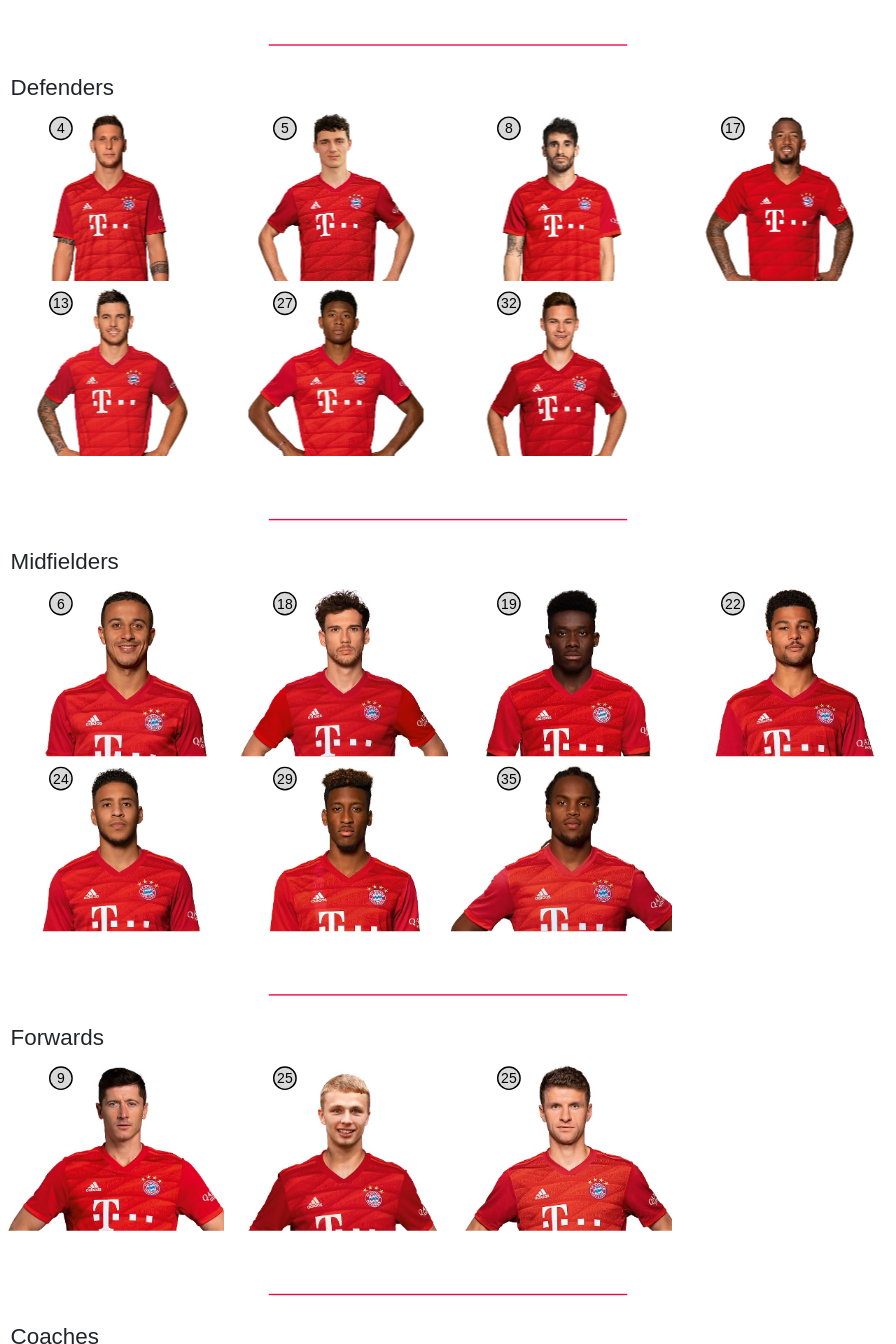
Repository: Code-Institute-Submissions/alnibo-milestone-project-1
Page: team.html
The author's editor kept a record of every edit. The page is drawn from the files as they stood at one moment, then again after the next edit.
The browser window is 1280 px wide. The pictures show the part of the page from y = 1226 to 3146 px (the page is 3603 px tall), at 70% of full size.
Some web fonts or font styles are not loaded; a fallback is used.

Above is the page before.

### team.html
<!DOCTYPE html>
<html lang="en">

<head>
    <meta charset="UTF-8">
    <meta name="viewport" content="width=device-width, initial-scale=1.0">
    <link rel="stylesheet" href="https://stackpath.bootstrapcdn.com/bootstrap/4.3.1/css/bootstrap.min.css" type="text/css" />
    <link rel="stylesheet" href="https://stackpath.bootstrapcdn.com/font-awesome/4.7.0/css/font-awesome.min.css" type="text/css" />
    <link rel="stylesheet" href="assets/css/style.css">
    <title>FC Bayern</title>
</head>

<body>

<!---------------------------------------------------- Navbar -->
    <nav class="navbar navbar-expand-sm navbar-light fixed-top">
        <a class="navbar-brand" href="index.html">
            <img src="https://upload.wikimedia.org/wikipedia/commons/thumb/1/1f/Logo_FC_Bayern_München_%282002–2017%29.svg/1024px-Logo_FC_Bayern_München_%282002–2017%29.svg.png" width="30" height="30" class="d-inline-block align-center" alt="Bayern">FC Bayern
        </a>
        <button class="navbar-toggler" type="button" data-toggle="collapse" data-target="#navbarNavDropdown" aria-controls="navbarNavDropdown" aria-expanded="false" aria-label="Toggle navigation">
            <span class="navbar-toggler-icon"></span>
        </button>

        <div class="collapse navbar-collapse" id="navbarNavDropdown">
            <ul class="navbar-nav">
                <li class="nav-item active">
                    <a class="nav-link" href="index.html">Home <span class="sr-only">(current)</span></a>
                </li>
                <li class="nav-item">
                    <a class="nav-link" href="about.html">About</a>
                </li>
                <li class="nav-item dropdown">
                    <a class="nav-link dropdown-toggle" href="#" id="navbarDropdownMenuLink" data-toggle="dropdown" aria-haspopup="true" aria-expanded="false">Team
                    </a>
                    <div class="dropdown-menu" aria-labelledby="navbarDropdownMenuLink">
                        <a class="dropdown-item" href="team.html">All</a>
                        <a class="dropdown-item" href="team.html#goalkeepers">Goalkeepers</a>
                        <a class="dropdown-item" href="team.html#defenders">Defenders</a>
                        <a class="dropdown-item" href="team.html#midfielders">Midfielders</a>
                        <a class="dropdown-item" href="team.html#forwards">Forwards</a>
                        <a class="dropdown-item" href="team.html#coaches">Coaches</a>
                    </div>
                </li>
                <li class="nav-item">
                    <a class="nav-link" href="fixtures.html">Fixtures</a>
                </li>
                <li class="nav-item">
                    <a class="nav-link" href="table.html">Table</a>
                </li>
            </ul>
        </div>
    </nav>


<!---------------------------------------------------- Content -->

    <div class="container-fluid">
        <div class="row">
            <img class="top-pic-team" src="assets/images/team.jpg" alt="team picture">
        </div>
    </div>

    <div class="container-fluid">
        <div class="row selector-btn">
            <a class="btn btn-sm btn-outline-danger btn--team" href="#goalkeepers">Goalkeepers</a>
            <a class="btn btn-sm btn-outline-danger btn--team" href="#defenders">Defenders</a>
            <a class="btn btn-sm btn-outline-danger btn--team" href="#midfielders">Midfielders</a>
            <a class="btn btn-sm btn-outline-danger btn--team" href="#forwards">Forwards</a>
            <a class="btn btn-sm btn-outline-danger btn--team" href="#coaches">Coaches</a>
        </div>
    </div>

    <div id="goalkeepers" class="container-fluid field-position">
        <h2 class="field-position-header">Goalkeepers</h2>
        <div class="row">
            <div class="col-12 col-md-6 col-lg-4 col-xl-3 player-pic">
                <img src="assets/images/1manuelneuer.jpg" width="250" height="300" alt="Manuel Neuer">
                <div class="text-centered1">Manuel Neuer</div>
                <div class="text-centered2">27/03/1986</div>
                <div class="shirt-number">1</div>
            </div>

            <div class="col-12 col-md-6 col-lg-4 col-xl-3 player-pic">
                <img src="assets/images/26svenulreich.jpg" width="250" height="300" alt="Sven Ulreich">
                <div class="text-centered1">Sven Ulreich</div>
                <div class="text-centered2">03/08/1988</div>
                <div class="shirt-number">26</div>
            </div>

            <div class="col-12 col-md-6 col-lg-4 col-xl-3 player-pic">
                <img src="assets/images/36christianfruchtl.jpg" width="250" height="300" alt="Christian Früchtl">
                <div class="text-centered1">Christian Früchtl</div>
                <div class="text-centered2">28/01/2000</div>
                <div class="shirt-number">36</div>
            </div>

            <div class="col-12 col-md-6 col-lg-4 col-xl-3 player-pic">
                <img src="assets/images/39ronthorbenhoffmann.jpg" width="240" height="300" alt="Ron-Thorben Hoffmann">
                <div class="text-centered1">Ron-Thorben Hoffmann</div>
                <div class="text-centered2">04/04/1999</div>
                <div class="shirt-number">39</div>
            </div>
        </div>
    </div>

    <hr class="block-divider-team">

    <div id="defenders" class="container-fluid field-position">
        <h2 class="field-position-header">Defenders</h2>
        <div class="row">
            <div class="col-12 col-md-6 col-lg-4 col-xl-3 player-pic">
                <img src="assets/images/4niklassule.jpg" width="250" height="300" alt="Niklas Süle">
                <div class="text-centered1">Niklas Süle</div>
                <div class="text-centered2">03/09/1995</div>
                <div class="shirt-number">4</div>
            </div>

            <div class="col-12 col-md-6 col-lg-4 col-xl-3 player-pic">
                <img src="assets/images/5benjaminpavard.jpg" width="250" height="300" alt="Benjamin Pavard">
                <div class="text-centered1">Benjamin Pavard</div>
                <div class="text-centered2">28/3/1996</div>
                <div class="shirt-number">5</div>
            </div>

            <div class="col-12 col-md-6 col-lg-4 col-xl-3 player-pic">
                <img src="assets/images/8javimartinez.jpg" width="250" height="300" alt="Javi Martinez">
                <div class="text-centered1">Javi Martínez</div>
                <div class="text-centered2">02/09/1988</div>
                <div class="shirt-number">8</div>
            </div>

            <div class="col-12 col-md-6 col-lg-4 col-xl-3 player-pic">
                <img src="assets/images/17jeromeboateng.jpg" width="250" height="300" alt="Jérôme Boateng">
                <div class="text-centered1">Jérôme Boateng</div>
                <div class="text-centered2">03/09/1988</div>
                <div class="shirt-number">17</div>
            </div>

            <div class="col-12 col-md-6 col-lg-4 col-xl-3 player-pic">
                <img src="assets/images/21lucashernandez.jpg" width="250" height="300" alt="Lucas Hernández">
                <div class="text-centered1">Lucas Hernández</div>
                <div class="text-centered2">14/02/1996</div>
                <div class="shirt-number">13</div>
            </div>

            <div class="col-12 col-md-6 col-lg-4 col-xl-3 player-pic">
                <img src="assets/images/27davidalaba.jpg" width="250" height="300" alt="David Alaba">
                <div class="text-centered1">David Alaba</div>
                <div class="text-centered2">24/06/1992</div>
                <div class="shirt-number">27</div>
            </div>

            <div class="col-12 col-md-6 col-lg-4 col-xl-3 player-pic">
                <img src="assets/images/32joshuakimmich.jpg" width="250" height="300" alt="Joshua Kimmich">
                <div class="text-centered1">Joshua Kimmich</div>
                <div class="text-centered2">08/02/1995</div>
                <div class="shirt-number">32</div>
            </div>
        </div>
    </div>

    <hr class="block-divider-team">

    <div id="midfielders" class="container-fluid field-position">
        <h2 class="field-position-header">Midfielders</h2>
        <div class="row">
            <div class="col-12 col-md-6 col-lg-4 col-xl-3 player-pic">
                <img src="assets/images/6thiago.jpg" alt="Thiago">
                <div class="text-centered1">Thiago</div>
                <div class="text-centered2">11/04/1991</div>
                <div class="shirt-number">6</div>
            </div>

            <div class="col-12 col-md-6 col-lg-4 col-xl-3 player-pic">
                <img src="assets/images/18leongoretzka.jpg" alt="Leon Goretzka">
                <div class="text-centered1">Leon Goretzka</div>
                <div class="text-centered2">06/02/1995</div>
                <div class="shirt-number">18</div>
            </div>

            <div class="col-12 col-md-6 col-lg-4 col-xl-3 player-pic">
                <img src="assets/images/19alphonsodavies.jpg" alt="Alphonso Davies">
                <div class="text-centered1">Alphonso Davies</div>
                <div class="text-centered2">02/11/2000</div>
                <div class="shirt-number">19</div>
            </div>

            <div class="col-12 col-md-6 col-lg-4 col-xl-3 player-pic">
                <img src="assets/images/22sergegnabry.jpg" alt="Serge Gnabry">
                <div class="text-centered1">Serge Gnabry</div>
                <div class="text-centered2">14/07/1995</div>
                <div class="shirt-number">22</div>
            </div>

            <div class="col-12 col-md-6 col-lg-4 col-xl-3 player-pic">
                <img src="assets/images/24corentintolisso.jpg" alt="Corentin Tolisso">
                <div class="text-centered1">Corentin Tolisso</div>
                <div class="text-centered2">03/08/1994</div>
                <div class="shirt-number">24</div>
            </div>

            <div class="col-12 col-md-6 col-lg-4 col-xl-3 player-pic">
                <img src="assets/images/29kingsleycoman.jpg" alt="Kingsley Coman">
                <div class="text-centered1">Kingsley Coman</div>
                <div class="text-centered2">13/06/1996</div>
                <div class="shirt-number">29</div>
            </div>

            <div class="col-12 col-md-6 col-lg-4 col-xl-3 player-pic">
                <img src="assets/images/35renatosanches.jpg" alt="Renato Sanches">
                <div class="text-centered1">Renato Sanches</div>
                <div class="text-centered2">18/08/1997</div>
                <div class="shirt-number">35</div>
            </div>
        </div>
    </div>

    <hr class="block-divider-team">

    <div id="forwards" class="container-fluid field-position">
        <h2 class="field-position-header">Forwards</h2>
        <div class="row">
            <div class="col-12 col-md-6 col-lg-4 col-xl-3 player-pic">
                <img src="assets/images/9robertlewandowski.jpg" alt="Robert Lewandowski">
                <div class="text-centered1">Robert Lewandowski</div>
                <div class="text-centered2">21/08/1988</div>
                <div class="shirt-number">9</div>
            </div>

            <div class="col-12 col-md-6 col-lg-4 col-xl-3 player-pic">
                <img src="assets/images/15fietearp.jpg" alt="Fiete Arp">
                <div class="text-centered1">Fiete Arp</div>
                <div class="text-centered2">06/01/2000</div>
                <div class="shirt-number">25</div>
            </div>

            <div class="col-12 col-md-6 col-lg-4 col-xl-3 player-pic">
                <img src="assets/images/25thomasmuller.jpg" alt="Thomas Müller">
                <div class="text-centered1">Thomas Müller</div>
                <div class="text-centered2">13/09/1989</div>
                <div class="shirt-number">25</div>
            </div>
        </div>
    </div>

    <hr class="block-divider-team">

    <div id="coaches" class="container-fluid field-position">
        <h2 class="field-position-header">Coaches</h2>
        <div class="row">
            <div class="col-12 col-md-6 col-lg-4 col-xl-3 player-pic">
                <img src="assets/images/nikokovac.jpg" alt="Niko Kovac">
                <div class="text-centered1">Niko Kovac</div>
                <div class="text-centered2">Head coach</div>
                <div class="shirt-number">NK</div>
            </div>

            <div class="col-12 col-md-6 col-lg-4 col-xl-3 player-pic">
                <img src="assets/images/robertkovac.jpg" alt="Robert Kovac">
                <div class="text-centered1">Robert Kovac</div>
                <div class="text-centered2">Assistant coach</div>
                <div class="shirt-number">RK</div>
            </div>

            <div class="col-12 col-md-6 col-lg-4 col-xl-3 player-pic">
                <img src="assets/images/tonitapalovic.jpg" alt="Toni Tapalovic">
                <div class="text-centered1">Toni Tapalovic</div>
                <div class="text-centered2">Goalkeeping coach</div>
                <div class="shirt-number">TT</div>
            </div>

            <div class="col-12 col-md-6 col-lg-4 col-xl-3 player-pic">
                <img src="assets/images/holgerbroich.jpg" alt="Prof. Dr. Holger Broich">
                <div class="text-centered1">Prof. Dr. Holger Broich</div>
                <div class="text-centered2"></div>
                <div class="shirt-number">HB</div>
            </div>

        </div>
    </div>

    <div class="container-fluid spaceholder">

    </div>

<!---------------------------------------------------- Footer -->

    <footer class="container-fluid">
        <div class="footer-details row">
            <div class="col-sm-12">
                <h5 class="social">Follow FC Bayern!</h5>
                <ul class="list-inline social-links">
                    <li class="list-inline-item">
                        <a target="_blank" href="https://www.facebook.com/fcbayern.en/">
                            <i class="fa fa-facebook" aria-hidden="true"></i>
                            <span class="sr-only">Facebook</span>
                        </a>
                    </li>
                    <li class="list-inline-item">
                        <a target="_blank" href="https://www.instagram.com/fcbayern/?hl">
                            <i class="fa fa-instagram" aria-hidden="true"></i>
                            <span class="sr-only">Instagram</span>
                        </a>
                    </li>
                    <li class="list-inline-item">
                        <a target="_blank" href="https://www.youtube.com/user/fcbayern">
                            <i class="fa fa-youtube" aria-hidden="true"></i>
                            <span class="sr-only">YouTube</span>
                        </a>
                    </li>
                    <li class="list-inline-item">
                        <a target="_blank" href="https://twitter.com/FCBayern">
                            <i class="fa fa-twitter" aria-hidden="true"></i>
                            <span class="sr-only">Twitter</span>
                        </a>
                    </li>
                </ul>
            </div>
        </div>
    </footer>

    <script src="https://code.jquery.com/jquery-3.3.1.slim.min.js" integrity="sha384-q8i/X+965DzO0rT7abK41JStQIAqVgRVzpbzo5smXKp4YfRvH+8abtTE1Pi6jizo" crossorigin="anonymous"></script>
    <script src="https://stackpath.bootstrapcdn.com/bootstrap/4.1.3/js/bootstrap.min.js" integrity="sha384-ChfqqxuZUCnJSK3+MXmPNIyE6ZbWh2IMqE241rYiqJxyMiZ6OW/JmZQ5stwEULTy" crossorigin="anonymous"></script>
</body>

</html>

Loaded but not shown: assets/css/style.css (599 lines, source omitted)

After the next edit:
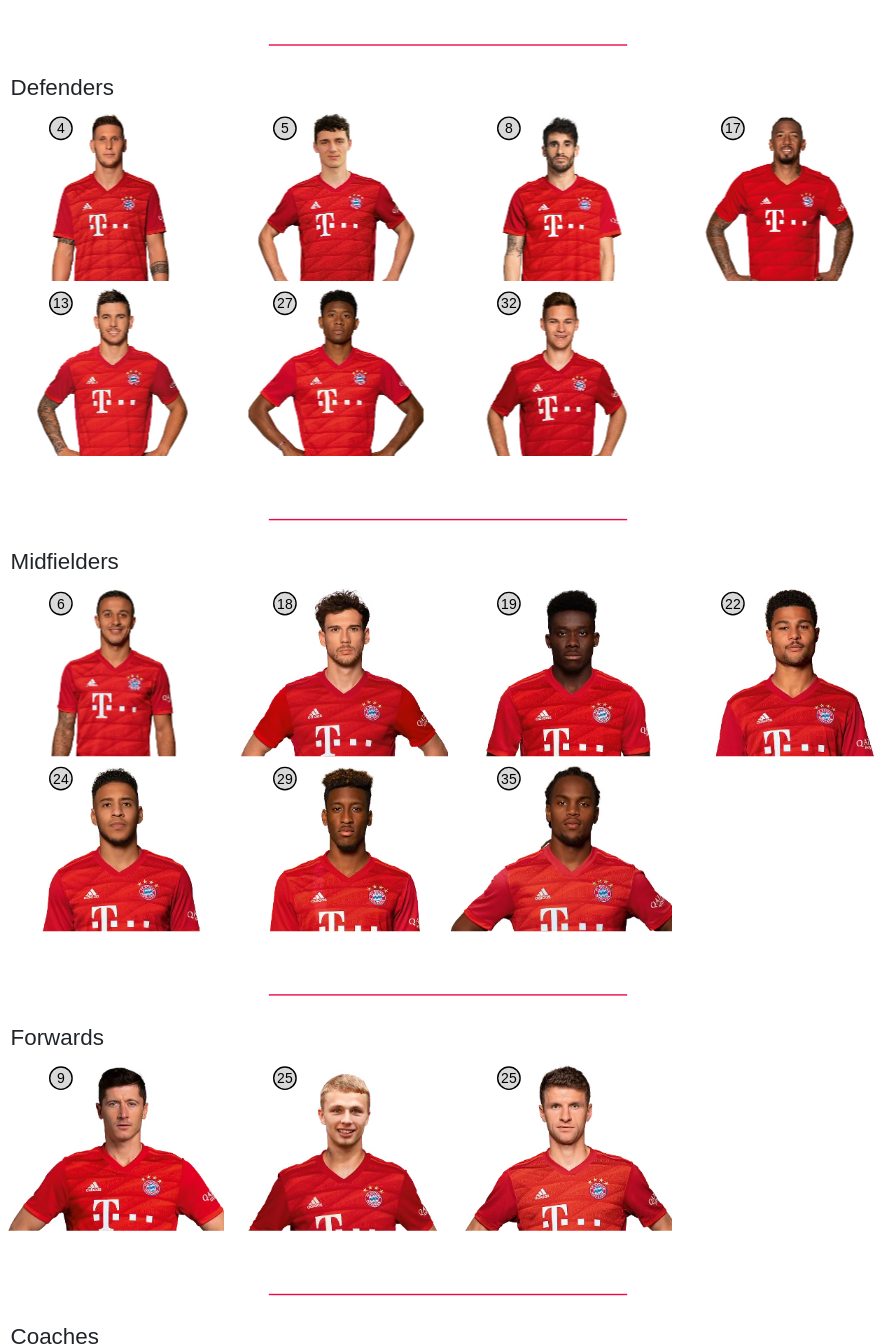
The edit:
--- a/team.html
+++ b/team.html
@@ -165,7 +165,7 @@
         <h2 class="field-position-header">Midfielders</h2>
         <div class="row">
             <div class="col-12 col-md-6 col-lg-4 col-xl-3 player-pic">
-                <img src="assets/images/6thiago.jpg" alt="Thiago">
+                <img src="assets/images/6thiago.jpg" width="250" height="300" alt="Thiago">
                 <div class="text-centered1">Thiago</div>
                 <div class="text-centered2">11/04/1991</div>
                 <div class="shirt-number">6</div>
